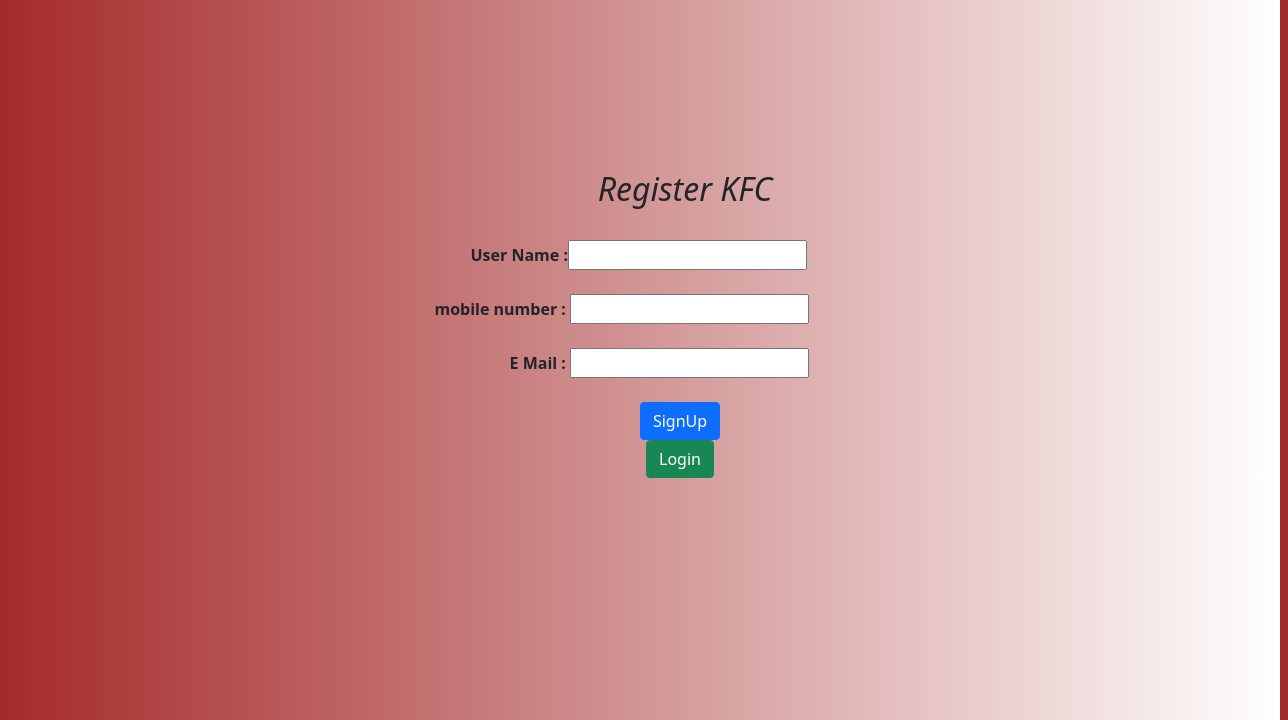
Repository: selvakumar46/Project-Maven
Page: http://localhost/ProjectKFC/Register.jsp
The author's editor kept a copy of each file at every save. The page is drawn from the files as they stood at one save, then again after the next save.
The browser window is 1280 px wide. The page is 1288 px wide, so the pictures cover 1288 px, including what lies to the right of the window. The pictures show the whole page.
The page is served by Tomcat 9. Nobody is signed in. The application's start-up code is not run.

Above is the page before, as saved 2022-01-10 08:55:40.

After the next save:
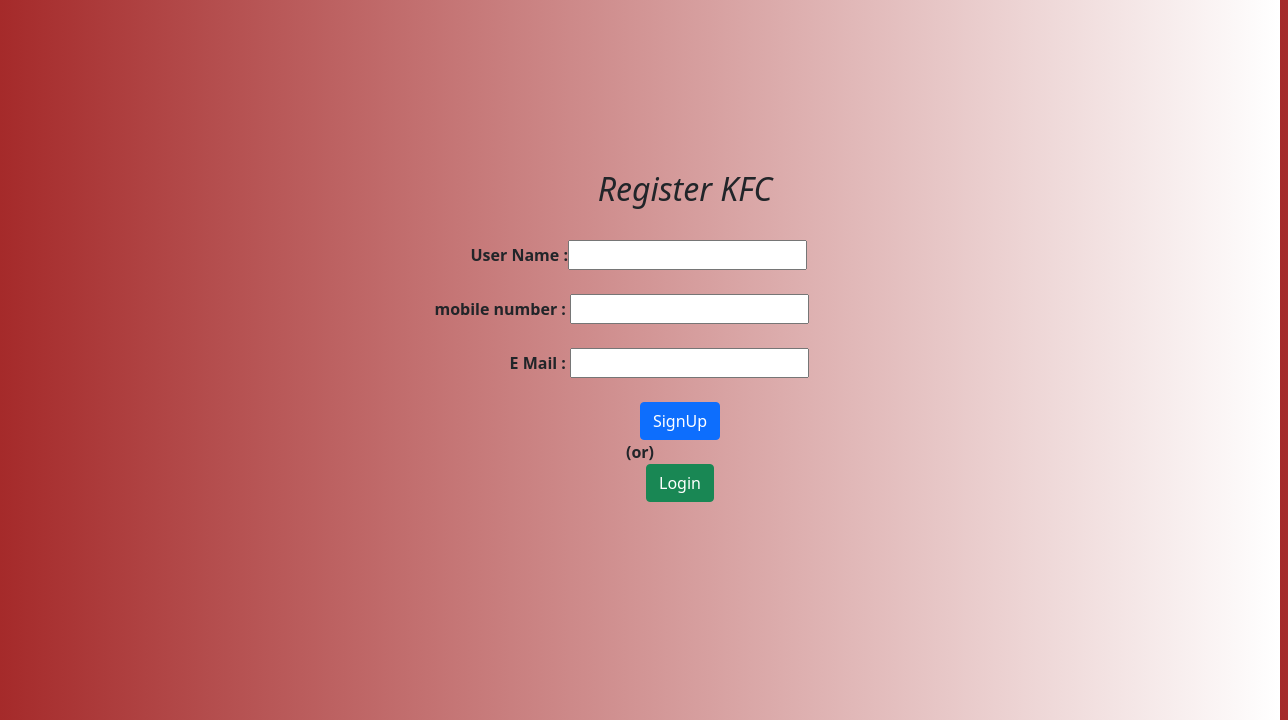
Saved 30 s later.
--- a/ProjectKFC/src/main/webapp/Register.jsp
+++ b/ProjectKFC/src/main/webapp/Register.jsp
@@ -46,7 +46,7 @@
 					title="Enter your mailId In correctly example:kfc@gmail.com"><br>
 				<br>
 
-				<button type="submit"  class="btn btn-primary" value="SignUp">SignUp</button><br>
+				<button type="submit"  class="btn btn-primary" value="SignUp">SignUp</button><br> <b> (or)</b>
 
 
 
